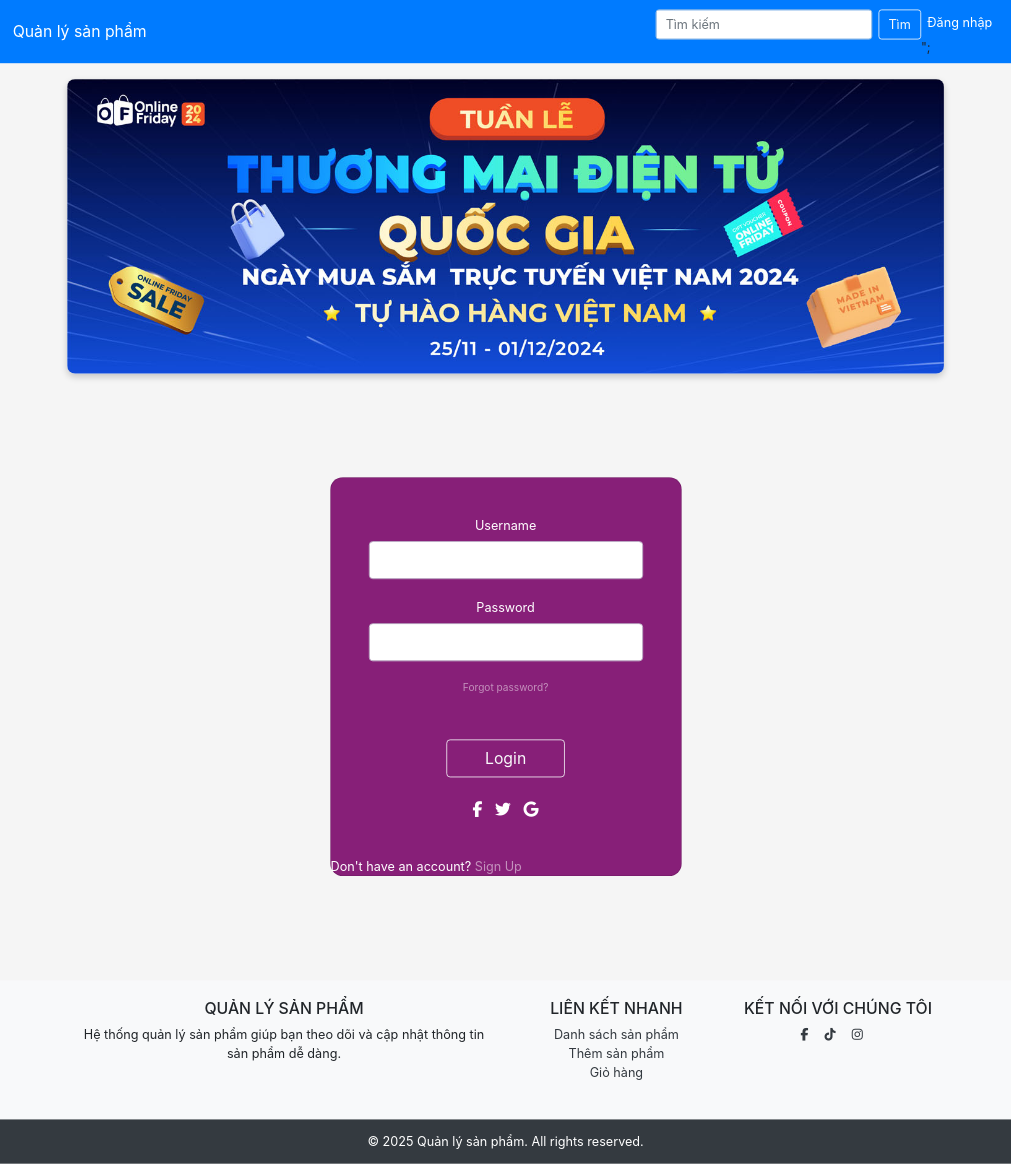
Repository: hanvi24/hanvi
Page: http://localhost/account/login
The author's editor kept a copy of each file at every save. The page is drawn from the files as they stood at one save, then again after the next save.
The browser window is 1280 px wide. The pictures show the whole page, at 79% of full size.
Some web libraries are served in a nearby version. The page is run by PHP 8.4 with error messages shown; the project is at /var/www/html/.

Above is the page before, as saved 2025-03-29 14:39:56.
Console error: TypeError: Cannot read properties of null (reading 'style')

### index.php
<?php
session_start();
require_once 'app/models/ProductModel.php';
require_once 'app/helpers/SessionHelper.php';
require_once 'app/controllers/ProductApiController.php';
require_once 'app/controllers/CategoryApiController.php';

// Start session
$url = $_GET['url'] ?? '';
$url = rtrim($url, '/');
$url = filter_var($url, FILTER_SANITIZE_URL);
$url = explode('/', $url);

// Kiểm tra phần đầu tiên của URL để xác định controller
$controllerName = isset($url[0]) && $url[0] != '' ? ucfirst($url[0]) . 'Controller' : 'ProductController';

// Kiểm tra phần thứ hai của URL để xác định action
$action = isset($url[1]) && $url[1] != '' ? $url[1] : 'index';

// Định tuyến các yêu cầu API
if ($controllerName === 'ApiController' && isset($url[1])) {
    $apiControllerName = ucfirst($url[1]) . 'ApiController';

    if (file_exists('app/controllers/' . $apiControllerName . '.php')) {
        require_once 'app/controllers/' . $apiControllerName . '.php';
        $controller = new $apiControllerName();

        $method = $_SERVER['REQUEST_METHOD'];
        $id = $url[2] ?? null;

        switch ($method) {
            case 'GET':
                $action = $id ? 'show' : 'index';
                break;
            case 'POST':
                $action = 'store';
                break;
            case 'PUT':
                $action = $id ? 'update' : '';
                break;
            case 'DELETE':
                $action = $id ? 'destroy' : '';
                break;
            default:
                http_response_code(405);
                echo json_encode(['message' => 'Method Not Allowed']);
                exit;
        }

        if (method_exists($controller, $action)) {
            if ($id) {
                call_user_func_array([$controller, $action], [$id]);
            } else {
                call_user_func_array([$controller, $action], []);
            }
        } else {
            http_response_code(404);
            echo json_encode(['message' => 'Action not found']);
            exit;
        }
    } else {
        http_response_code(404);
        echo json_encode(['message' => 'Controller not found']);
        exit;
    }
}

// Tạo đối tượng controller tương ứng cho các yêu cầu không phải API
if (file_exists('app/controllers/' . $controllerName . '.php')) {
    require_once 'app/controllers/' . $controllerName . '.php';
    $controller = new $controllerName();
} else {
    die('Controller not found');
}

// Kiểm tra và gọi action
if (method_exists($controller, $action)) {
    call_user_func_array([$controller, $action], array_slice($url, 2));
} else {
    die('Action not found');
}
?>

### app/helpers/SessionHelper.php
<?php
class SessionHelper
{
    public static function isLoggedIn()
    {
        if (session_status() === PHP_SESSION_NONE) {
            session_start();
        }
        // Kiểm tra session trước
        if (!empty($_SESSION['username'])) {
            return true;
        }

        // Kiểm tra JWT token nếu không có session
        if (!empty($_COOKIE['jwtToken'])) {
            $jwtHandler = new JWTHandler();
            $decoded = $jwtHandler->decode($_COOKIE['jwtToken']);
            if ($decoded && is_array($decoded) && isset($decoded['username'])) {
                $_SESSION['username'] = $decoded['username'];
                return true;
            }
        }

        return false;
    }
    public static function isAdmin()
    {
        return isset($_SESSION['username']) && isset($_SESSION['user_role']) && $_SESSION['user_role'] === 'admin';
    }
}

### app/controllers/ProductApiController.php
<?php
require_once('app/config/database.php');
require_once('app/models/ProductModel.php');
require_once('app/models/CategoryModel.php');
require_once('app/utils/JWTHandler.php');

class ProductApiController
{
    private $productModel;
    private $db;
    private $jwtHandler;

    public function __construct()
    {
        $this->db = (new Database())->getConnection();
        $this->productModel = new ProductModel($this->db);
        $this->jwtHandler = new JWTHandler();
    }

    private function authenticate()
    {
        $headers = apache_request_headers();
        if (isset($headers['Authorization'])) {
            $authHeader = $headers['Authorization'];
            $arr = explode(" ", $authHeader);
            $jwt = $arr[1] ?? null;
            if ($jwt) {
                $decoded = $this->jwtHandler->decode($jwt);
                return $decoded ? true : false;
            }
        }
        return false;
    }

    // Lấy danh sách sản phẩm
    public function index()
    {
        if ($this->authenticate()) {
            header('Content-Type: application/json');
            $products = $this->productModel->getProducts();
            echo json_encode($products);
        } else {
            http_response_code(401);
            echo json_encode(['message' => 'Unauthorized']);
        }
    }

    // Lấy thông tin sản phẩm theo ID
    public function show($id)
    {
        header('Content-Type: application/json');
        $product = $this->productModel->getProductById($id);
        if ($product) {
            echo json_encode($product);
        } else {
            http_response_code(404);
            echo json_encode(['message' => 'Product not found']);
        }
    }

    // Thêm sản phẩm mới
    public function store()
    {
        header('Content-Type: application/json');
        $data = json_decode(file_get_contents("php://input"), true);
        $name = $data['name'] ?? '';
        $description = $data['description'] ?? '';
        $price = $data['price'] ?? '';
        $category_id = $data['category_id'] ?? null;
        $result = $this->productModel->addProduct(
            $name,
            $description,
            $price,
            $category_id,
            null
        );

        if (is_array($result)) {
            http_response_code(400);
            echo json_encode(['errors' => $result]);
        } else {
            http_response_code(201);
            echo json_encode(['message' => 'Product created successfully']);
        }
    }

    // Cập nhật sản phẩm theo ID
    public function update($id)
    {
        header('Content-Type: application/json');
        $data = json_decode(file_get_contents("php://input"), true);
        $name = $data['name'] ?? '';
        $description = $data['description'] ?? '';
        $price = $data['price'] ?? '';
        $category_id = $data['category_id'] ?? null;
        $result = $this->productModel->updateProduct(
            $id,
            $name,
            $description,
            $price,
            $category_id,
            null
        );

        if ($result) {
            echo json_encode(['message' => 'Product updated successfully']);
        } else {
            http_response_code(400);
            echo json_encode(['message' => 'Product update failed']);
        }
    }

    // Xóa sản phẩm theo ID
    public function destroy($id)
    {
        header('Content-Type: application/json');
        $result = $this->productModel->deleteProduct($id);
        if ($result) {
            echo json_encode(['message' => 'Product deleted successfully']);
        } else {
            http_response_code(400);
            echo json_encode(['message' => 'Product deletion failed']);
        }
    }
}

### app/config/database.php
<?php
class Database {
    private $host = "localhost";
    private $db_name = "my_store";
    private $username = "root";
    private $password = "";
    public $conn;

    public function getConnection() {
        $this->conn = null;

        try {
            $this->conn = new PDO("mysql:host=" . $this->host . ";dbname=" . $this->db_name, $this->username, $this->password);
            $this->conn->exec("set names utf8");
        } catch(PDOException $exception) {
            echo "Connection error: " . $exception->getMessage();
        }

        return $this->conn;
    }
}

### app/models/CategoryModel.php
<?php
class CategoryModel
{
    private $conn;
    private $table_name = "category";

    public function __construct($db)
    {
        $this->conn = $db;
    }

    public function getCategories()
    {
        $query = "SELECT id, name, description FROM " . $this->table_name;
        $stmt = $this->conn->prepare($query);
        $stmt->execute();
        $result = $stmt->fetchAll(PDO::FETCH_OBJ);
        return $result;
    }
}
?>

### app/utils/JWTHandler.php
<?php
require_once 'vendor/autoload.php';

use \Firebase\JWT\JWT;
use \Firebase\JWT\Key;

class JWTHandler
{
    private $secret_key;

    public function __construct()
    {
        $this->secret_key = "HUTECH"; // Thay thế bằng khóa bí mật của bạn
    }

    // Tạo JWT
    public function encode($data)
    {
        $issuedAt = time();
        $expirationTime = $issuedAt + 3600; // jwt valid for 1 hour from the issued time

        $payload = array(
            'iat' => $issuedAt,
            'exp' => $expirationTime,
            'data' => $data
        );

        return JWT::encode($payload, $this->secret_key, 'HS256');
    }

    // Giải mã JWT
    public function decode($jwt)
    {
        try {
            $decoded = JWT::decode($jwt, new Key($this->secret_key, 'HS256'));
            return (array) $decoded->data;
        } catch (Exception $e) {
            return null;
        }
    }
}

### app/controllers/CategoryApiController.php
<?php
require_once('app/config/database.php');
require_once('app/models/CategoryModel.php');

class CategoryApiController
{
    private $categoryModel;
    private $db;

    public function __construct()
    {
        $this->db = (new Database())->getConnection();
        $this->categoryModel = new CategoryModel($this->db);
    }

    // Lấy danh sách danh mục
    public function index()
    {
        header('Content-Type: application/json');
        $categories = $this->categoryModel->getCategories();
        echo json_encode($categories);
    }
}
?>

### app/controllers/AccountController.php
<?php
require_once('app/config/database.php');
require_once('app/models/AccountModel.php');
require_once('app/utils/JWTHandler.php');

class AccountController
{
    private AccountModel $accountModel;
    private PDO $db;
    private $jwtHandler;

    public function __construct()
    {
        $this->db = (new Database())->getConnection();
        $this->accountModel = new AccountModel($this->db);
        $this->jwtHandler = new JWTHandler();
    }

    public function register(): void
    {
        include_once 'app/views/account/register.php';
    }

    public function login(): void
    {
        include_once 'app/views/account/login.php';
    }

    public function save(): void
    {
        if ($_SERVER['REQUEST_METHOD'] === 'POST') {
            $username = trim($_POST['username'] ?? '');
            $name = trim($_POST['name'] ?? '');
            $password = $_POST['password'] ?? '';
            $confirmPassword = $_POST['confirmpassword'] ?? '';
            $errors = [];

            // Kiểm tra đầu vào
            if (empty($username)) {
                $errors['username'] = "Vui lòng nhập username!";
            }
            if (empty($fullName)) {
                $errors['name'] = "Vui lòng nhập họ tên!";
            }
            if (empty($password)) {
                $errors['password'] = "Vui lòng nhập mật khẩu!";
            }
            if ($password !== $confirmPassword) {
                $errors['confirmPass'] = "Mật khẩu và xác nhận chưa đúng!";
            }

            // Kiểm tra username đã tồn tại chưa
            if ($this->accountModel->getAccountByUsername($username)) {
                $errors['account'] = "Tài khoản này đã có người đăng ký!";
            }

            if (!empty($errors)) {
                include_once 'app/views/account/register.php';
                return;
            }

            // Mã hóa mật khẩu
            $hashedPassword = password_hash($password, PASSWORD_BCRYPT, ['cost' => 12]);

            // Lưu tài khoản
            if ($this->accountModel->save($username, $fullName, $hashedPassword)) {
                header('Location: /account/login');
                exit;
            }
        }
    }

    public function logout(): void
    {
        session_start();
        session_unset();
        session_destroy();
        header('Location: /product');
        exit;
    }

    public function checkLogin(): void
    {
        header('Content-Type: application/json');
        $data = json_decode(file_get_contents("php://input"), true);
        $username = trim($data['username'] ?? '');
        $password = $data['password'] ?? '';

        $account = $this->accountModel->getAccountByUsername($username);

        if ($account && password_verify($password, $account->password)) {
            $token = $this->jwtHandler->encode([
                'id' => $account->id,
                'username' => $account->username
            ]);
            echo json_encode(['token' => $token]);
        } else {
            http_response_code(401);
            echo json_encode(['message' => 'Invalid credentials']);
        }
    }
}

### app/models/AccountModel.php
<?php
class AccountModel
{
    private $conn;
    private $table_name = "account";

    public function __construct($db)
    {
        $this->conn = $db;
    }

    /**
     * Lấy thông tin tài khoản theo username
     */
    public function getAccountByUsername($username)
    {
        $query = "SELECT * FROM account WHERE username = :username";
        $stmt = $this->conn->prepare($query);
        $stmt->bindParam(':username', $username, PDO::PARAM_STR);
        $stmt->execute();
        return $stmt->fetch(PDO::FETCH_OBJ);
    }

    /**
     * Lưu tài khoản mới vào database
     */
    public function save($username, $name, $password, $role = "user")
    {
        $query = "INSERT INTO " . $this->table_name . " (username, password, role)
                  VALUES (:username, :password, :role)";
        $stmt = $this->conn->prepare($query);

        // Làm sạch dữ liệu
        $name = htmlspecialchars(strip_tags($name));
        $username = htmlspecialchars(strip_tags($username));

        // Gán dữ liệu vào câu lệnh
        $stmt->bindParam(':username', $username);
        $stmt->bindParam(':password', $password);
        $stmt->bindParam(':role', $role);

        // Thực thi câu lệnh
        return $stmt->execute();
    }
}

### app/views/account/login.php
<?php include 'app/views/shares/header.php'; ?>

<section class="vh-100 gradient-custom">
    <div class="container py-5 h-100">
        <div class="row d-flex justify-content-center align-items-center h-100">
            <div class="col-12 col-md-8 col-lg-6 col-xl-5">
                <div class="card text-white" style="border-radius: 1rem; background-color: #871F78;">
                    <div class="card-body p-5 text-center">
                        <form action="/account/checklogin" method="post">
                            <div class="form-outline form-white mb-4">
                                <label class="form-label" for="username">Username</label>
                                <input type="text" name="username" id="username" class="form-control form-control-lg"
                                    required autocomplete="off">
                            </div>

                            <div class="form-outline form- mb-4">
                                <label class="form-label" for="password">Password</label>
                                <input type="password" name="password" id="password" class="form-control form-control-lg"
                                    required autocomplete="off">
                            </div>

                            <p class="small mb-5 pb-lg-2">
                                <a class="text-white-50" href="#!">Forgot password?</a>
                            </p>

                            <button class="btn btn-outline-light btn-lg px-5" type="submit">Login</button>

                            <div class="d-flex justify-content-center text-center mt-4 pt-1">
                                <a href="#!" class="text-white mx-2"><i class="fab fa-facebook-f fa-lg"></i></a>
                                <a href="#!" class="text-white mx-2"><i class="fab fa-twitter fa-lg"></i></a>
                                <a href="#!" class="text-white mx-2"><i class="fab fa-google fa-lg"></i></a>
                            </div>
                    </div>

                    <div>
                        <p class="mb-0">
                            Don't have an account?
                            <a href="/account/register" class="text-white-50 fw-bold">Sign Up</a>
                        </p>
                    </div>
                    </form>

                </div>
            </div>
        </div>
    </div>
    </div>
</section>

<?php include 'app/views/shares/footer.php'; ?>
<script>
    document.querySelector('form').addEventListener('submit', function(event) {
        event.preventDefault(); // Ngăn chặn reload trang

        const formData = new FormData(this);
        const jsonData = {};

        formData.forEach((value, key) => {
            jsonData[key] = value;
        });

        fetch('/account/checklogin', {
                method: 'POST',
                headers: {
                    'Content-Type': 'application/json'
                },
                body: JSON.stringify(jsonData)
            })
            .then(response => response.json())
            .then(data => {
                if (data.token) {
                    localStorage.setItem('jwtToken', data.token); // Lưu token vào LocalStorage
                    location.href = '/product'; // Chuyển hướng đến trang sản phẩm
                } else {
                    document.getElementById('error-message').textContent = 'Đăng nhập thất bại!';
                }
            })
            .catch(error => console.error('Error:', error));
    });
</script>

### app/views/shares/footer.php
<footer class="bg-light text-center text-lg-start mt-4">
    <div class="container p-4">
        <div class="row">
            <div class="col-lg-6 col-md-12 mb-4">
                <h5 class="text-uppercase">Quản lý sản phẩm</h5>
                <p>
                    Hệ thống quản lý sản phẩm giúp bạn theo dõi và cập nhật thông tin sản phẩm dễ dàng.
                </p>
            </div>
            <div class="col-lg-3 col-md-6 mb-4">
                <h5 class="text-uppercase">Liên kết nhanh</h5>
                <ul class="list-unstyled mb-0">
                    <li><a href="/Product/" class="text-dark">Danh sách sản phẩm</a></li>
                    <li><a href="/Product/add" class="text-dark">Thêm sản phẩm</a></li>
                    <li><a href="/Product/cart" class="text-dark">Giỏ hàng</a></li>
                </ul>
            </div>
            <div class="col-lg-3 col-md-6 mb-4">
                <h5 class="text-uppercase">Kết nối với chúng tôi</h5>
                <a href="https://www.facebook.com/LAPTOP.VITINH.DIENTU" class="text-dark mr-3"><i class="fab fa-facebook-f"></i></a>
                <a href="https://www.tiktok.com/@linhkiensgtool" class="text-dark mr-3"><i class="fab fa-tiktok"></i></a>
                <a href="#" class="text-dark mr-3"><i class="fab fa-instagram"></i></a>
            </div>
        </div>
    </div>
    <div class="text-center p-3 bg-dark text-white">
        © 2025 Quản lý sản phẩm. All rights reserved.
    </div>
</footer>
<script src="https://kit.fontawesome.com/a076d05399.js" crossorigin="anonymous"></script>

Loaded but not shown: app/models/ProductModel.php (116 lines, source omitted); app/views/shares/header.php (113 lines, source omitted)

After the next save:
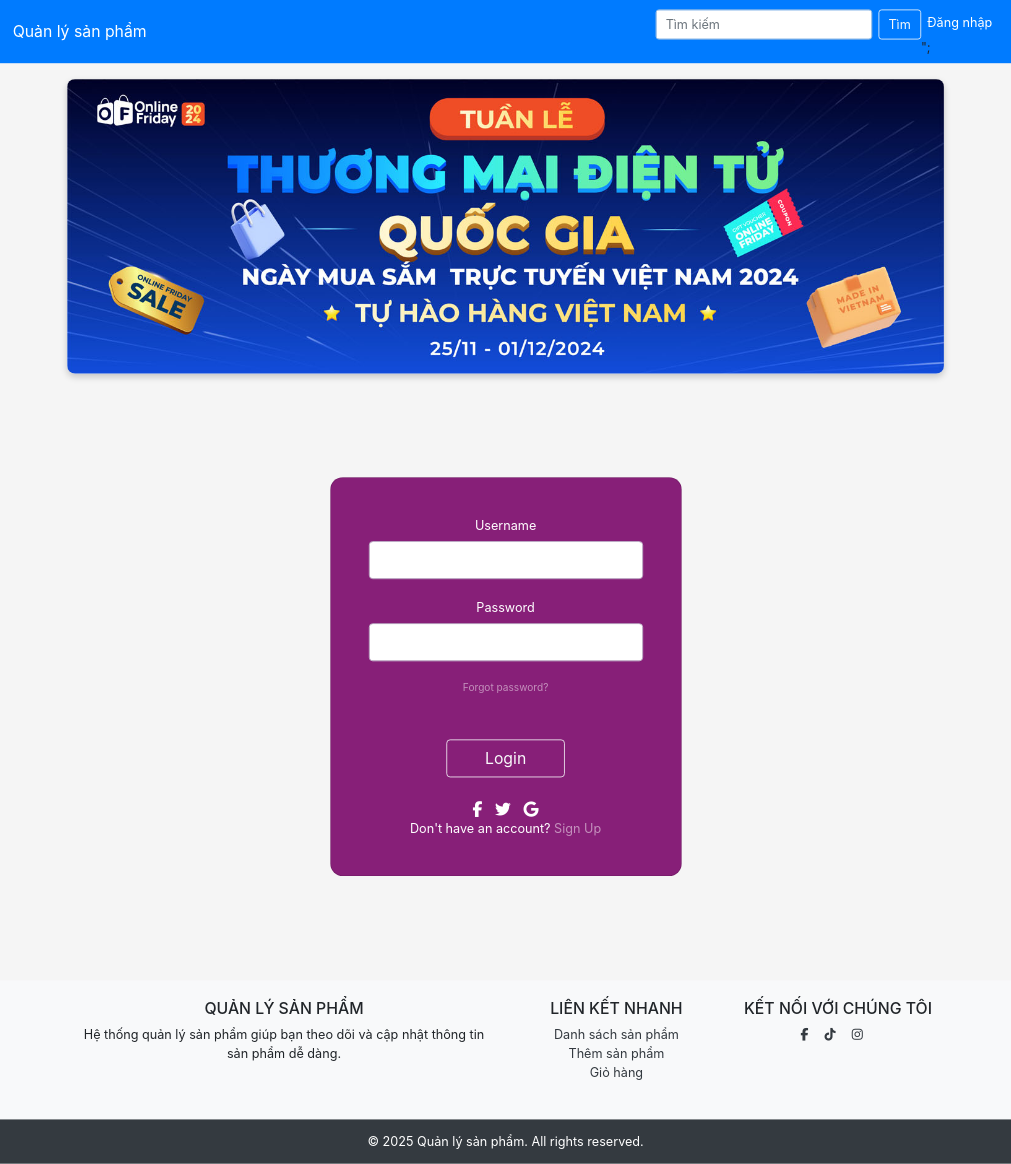
Saved 14 min 20 s later.
--- a/app/views/account/login.php
+++ b/app/views/account/login.php
@@ -6,44 +6,41 @@
             <div class="col-12 col-md-8 col-lg-6 col-xl-5">
                 <div class="card text-white" style="border-radius: 1rem; background-color: #871F78;">
                     <div class="card-body p-5 text-center">
-                        <form action="/account/checklogin" method="post">
+                        <form id="login-form">
                             <div class="form-outline form-white mb-4">
                                 <label class="form-label" for="username">Username</label>
-                                <input type="text" name="username" id="username" class="form-control form-control-lg"
-                                    required autocomplete="off">
+                                <input type="text" id="username" class="form-control form-control-lg" required autocomplete="off">
                             </div>
 
-                            <div class="form-outline form- mb-4">
+                            <div class="form-outline form-white mb-4">
                                 <label class="form-label" for="password">Password</label>
-                                <input type="password" name="password" id="password" class="form-control form-control-lg"
-                                    required autocomplete="off">
+                                <input type="password" id="password" class="form-control form-control-lg" required autocomplete="off">
                             </div>
 
                             <p class="small mb-5 pb-lg-2">
                                 <a class="text-white-50" href="#!">Forgot password?</a>
                             </p>
 
-                            <button class="btn btn-outline-light btn-lg px-5" type="submit">Login</button>
+                            <button type="button" class="btn btn-outline-light btn-lg px-5" onclick="login()">Login</button>
 
                             <div class="d-flex justify-content-center text-center mt-4 pt-1">
-                                <a href="#!" class="text-white mx-2"><i class="fab fa-facebook-f fa-lg"></i></a>
-                                <a href="#!" class="text-white mx-2"><i class="fab fa-twitter fa-lg"></i></a>
-                                <a href="#!" class="text-white mx-2"><i class="fab fa-google fa-lg"></i></a>
+                                <a href="#" class="text-white mx-2"><i class="fab fa-facebook-f fa-lg"></i></a>
+                                <a href="#" class="text-white mx-2"><i class="fab fa-twitter fa-lg"></i></a>
+                                <a href="#" class="text-white mx-2"><i class="fab fa-google fa-lg"></i></a>
                             </div>
+
+                            <div>
+                                <p class="mb-0">Don't have an account?
+                                    <a href="/account/register" class="text-white-50 fw-bold">Sign Up</a>
+                                </p>
+                            </div>
+                        </form>
+
+
                     </div>
-
-                    <div>
-                        <p class="mb-0">
-                            Don't have an account?
-                            <a href="/account/register" class="text-white-50 fw-bold">Sign Up</a>
-                        </p>
-                    </div>
-                    </form>
-
                 </div>
             </div>
         </div>
-    </div>
     </div>
 </section>
 
